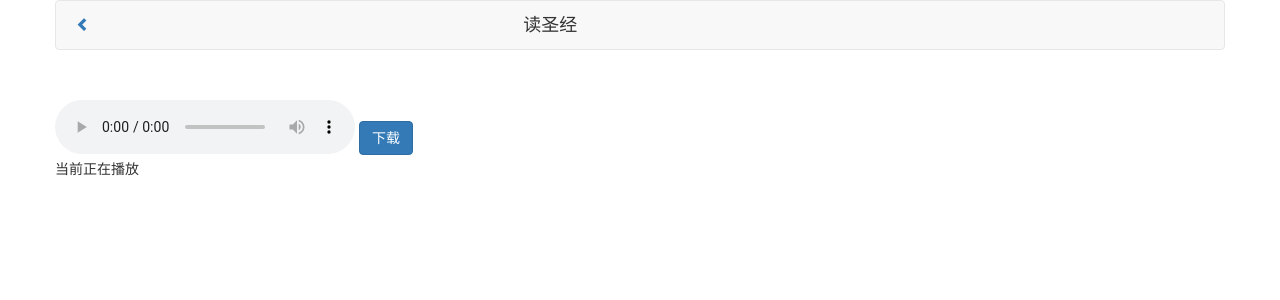
Repository: Paulyoufu/paulyoufu.github.io
Page: content.html
The author's editor kept a copy of each file at every save. The page is drawn from the files as they stood at one save, then again after a run of saves.
The browser window is 1280 px wide. The pictures show the whole page.

Above is the page before, as saved 2018-04-24 15:07:28.
Console error: TypeError: Cannot read properties of undefined (reading 'replace')

After the next 5 saves:
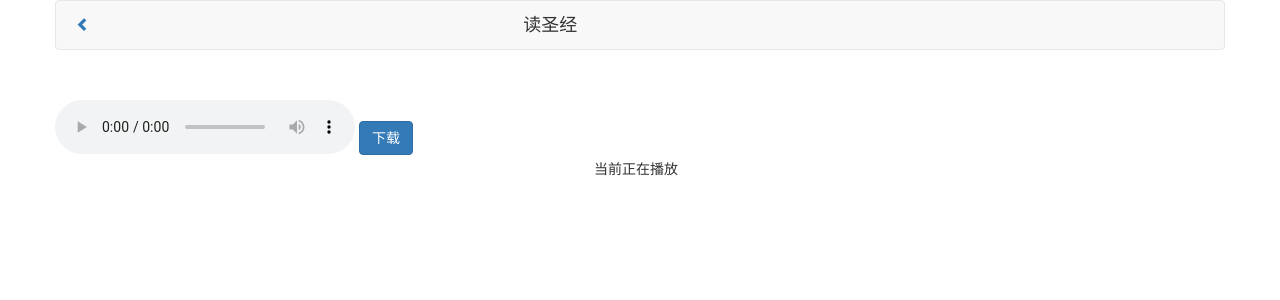
The 5 saves are shown as one change because they came seconds apart.
The last was saved 14 s later.
--- a/content.html
+++ b/content.html
@@ -31,7 +31,7 @@
                     <audio id="ad" autoplay="autoplay" src="http://biblevoice.oss-cn-hangzhou.aliyuncs.com/rock/创世记第1章.mp3" controls="controls"></audio>
                     <a id="btnDownLoad" class="btn btn-primary" style="margin-top: -25px;">下载</a>
                 </div>
-                <div class="col-md-12 column" >
+                <div class="col-md-12 column" style="text-align: center">
                     当前正在播放 &nbsp;
                     <span id="bn"></span>
                 </div>
